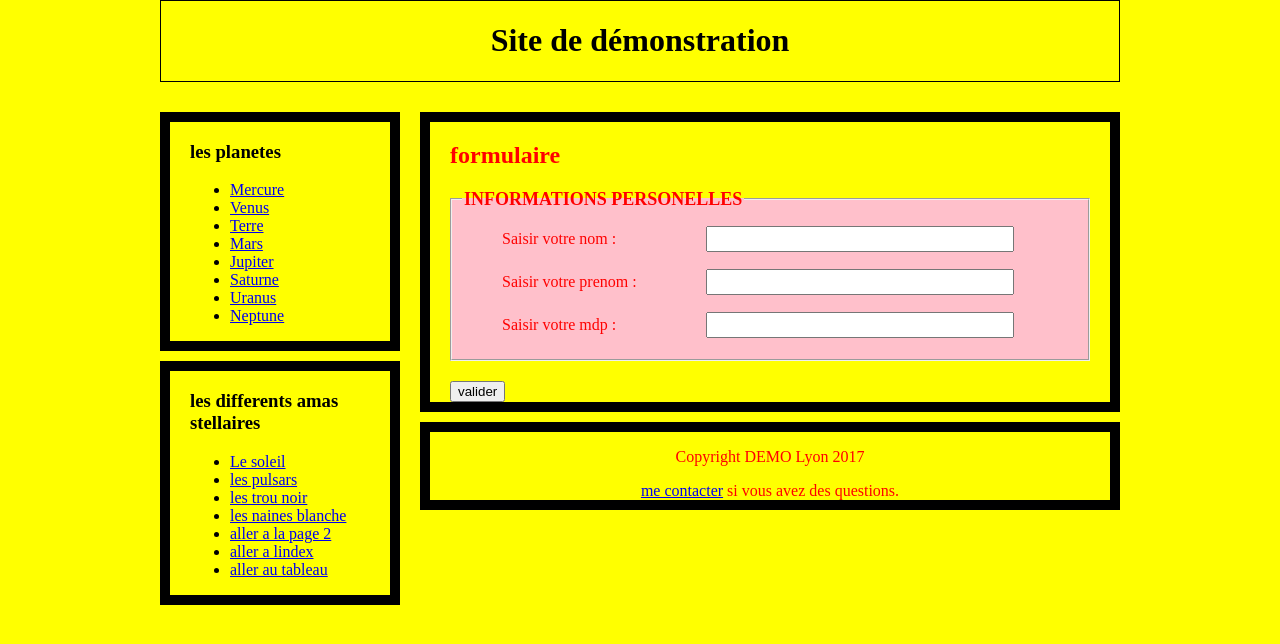
Repository: Poulpyto/fitec
Page: workspaceHtmlFlo/ModelePage1Flo/WebContent/formulaire.html
An editor plug-in stored every save of this project. The page is shown before and after the next save, followed by the edit.
The browser window is 1280 px wide. The pictures show the whole page.

Above is the page before, as saved 2017-04-04 14:53:18.

### workspaceHtmlFlo/ModelePage1Flo/WebContent/formulaire.html
<!DOCTYPE html>
<html>
<head>

<meta charset="UTF-8">
<title>Modele 1</title>
<meta name="viewport" content="width=device-width, initial-scale=1.0" /><!-- recup taille terminal utiliser , premiere etape pr respnosivité*/ -->
<link rel="stylesheet" href="css/style.css" />
</head>

<body>
	<div id="entete">
		<h1>Site de démonstration</h1>
	</div>
	<div id="nav">
		<div class="block planete">
			<h3>les planetes</h3>
			<ul>
				<li><a href= "#">Mercure</a></li>
				<li><a href= "#">Venus</a></li>
				<li><a href= "#">Terre</a></li>
				<li><a href= "#">Mars</a></li>
				<li><a href= "#">Jupiter</a></li>
				<li><a href= "#">Saturne</a></li>
				<li><a href= "#">Uranus</a></li>
				<li><a href= "#">Neptune</a></li>
			</ul>
		</div>
	<div class="block espace">
		<h3>les differents amas stellaires</h3>
		<ul>
			<li><a href= "#">Le soleil</a></li>
			<li><a href= "#">les pulsars</a></li>
			<li><a href= "#">les trou noir</a></li>
			<li><a href= "#">les naines blanche</a></li>
			<li><a href= "page2.html">aller a la page 2 </a></li>
			<li><a href= "index.html">aller a lindex </a></li>
			<li><a href= "tableau.html">aller au tableau </a></li>
		</ul>
	</div>
	</div>
	<div id="content">
		<div class="block">
			<h2>formulaire</h2>
			<form method = "post" action="#">
				<fieldset id="section-1">
				<legend>Informations personelles</legend>
				<label for="nom">Saisir votre nom :</label>
				<input type="text" name="nom" id="nom"/>
			<br/>
				<label for="prenom">Saisir votre prenom :</label>
				<input type="text" name="prenom" id="prenom"/>
			<br/>
				<label for="ndp">Saisir votre mdp :</label>
				<input type="password" name="mdp" id="mdp"/>
			<br/>
				</fieldset>
				<input type="submit" value="valider"/>
			</form>
		</div>
	<div class="block footer">
		<p> Copyright DEMO Lyon 2017</p>
		<a href="mailto:contact@example.com">me contacter</a> si vous avez des questions.
	</div>
	</div>
</body>

</html>

### workspaceHtmlFlo/ModelePage1Flo/WebContent/css/style.css
@CHARSET "UTF-8";
/*media queries*/
/*si la taille de l'ecran est <680px */
td, th{
	border:1px solid black;
	padding: 10px;
}
table{
	border-collapse:collapse;
	margin-bottom: 10px;
}
#section-1{
	background-color: pink;
	padding:10px;
	margin:20px 0px;
}
legend{
	font-weight: bold;
	text-transform: uppercase;
	font-size: 18px;
	color : red;
}
#section-1 input{
	width: 300px;
	height: 20px;
}
#section-1 label{
	display: inline-block;
	width: 200px;
	padding:10px 0px 15px 40px;
}
@media screen and (max-width:680px)
{
body {
	width: 100%;
	margin: 0 auto;
	background-color: grey;
}

#entete{
	border: 1px solid black;
	margin-bottom: 20px;
	padding: 0 20px;
	text-align:center;
}

#nav {
	width: 100%;

}

#content {
	width:100%;
	color: red;

}

.block{
	border: 10px solid black;
	margin-top: 10px;
	padding: 0 20px;
}
.footer{
	text-align: center;
}
}
/*si la taille de l'ecran est comprise entre 681 et 1279px*/
@media screen and (min-width:681px) and (max-width:1279px)
{
body {
	width: 100%;
	margin: 0 auto;
	background-color: cyan;
}


#entete{
	border: 1px solid black;
	margin-bottom: 20px;
	padding: 0 20px;
	text-align:center;
}

#nav {
	width: 100%;
}

.planete{
	float: left;
	width: 40%;
	color : green;
}
.espace{
	float: right;
	width: 40%;
	height: 225px;
}
#content {
	width:100%;
	color: red;
	float:right;
}

.block{
	border: 10px solid black;
	margin-top: 10px;
	padding: 0 20px;

}

.footer{
	text-align: center;
	width:100%;
}
}
/*si la taille est > 1279px*/
@media screen and (min-width:1280px)
{
body {
	width: 960px;
	margin: 0 auto;
	background-color: yellow;
}

#entete{
	border: 1px solid black;
	margin-bottom: 20px;
	padding: 0 20px;
	text-align:center;
}

#nav {
	width: 240px;
	float: left;
}

#content {
	width:700px;
	float: right;
	color: red;

}

.block{
	border: 10px solid black;
	margin-top: 10px;
	padding: 0 20px;
}
.footer{
	text-align: center;
}
}

After the next save:
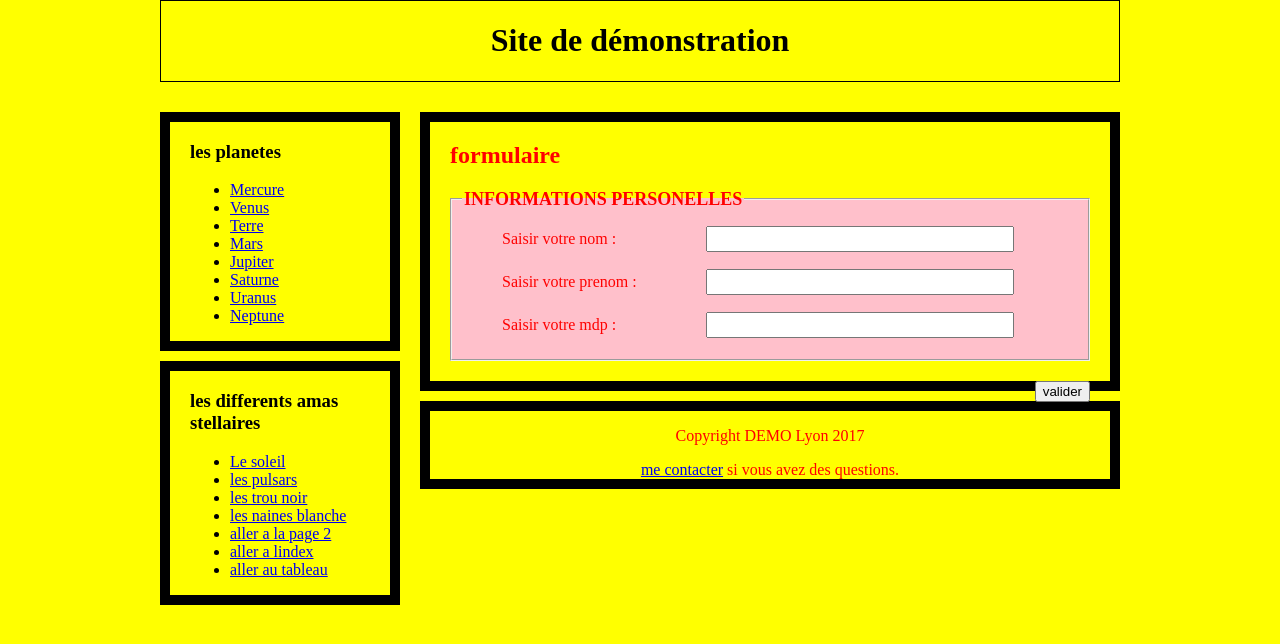
Saved 87 s later.
--- a/workspaceHtmlFlo/ModelePage1Flo/WebContent/css/style.css
+++ b/workspaceHtmlFlo/ModelePage1Flo/WebContent/css/style.css
@@ -63,6 +63,9 @@ body {
 .footer{
 	text-align: center;
 }
+}
+input[type="submit"]{
+	float: right;
 }
 /*si la taille de l'ecran est comprise entre 681 et 1279px*/
 @media screen and (min-width:681px) and (max-width:1279px)
